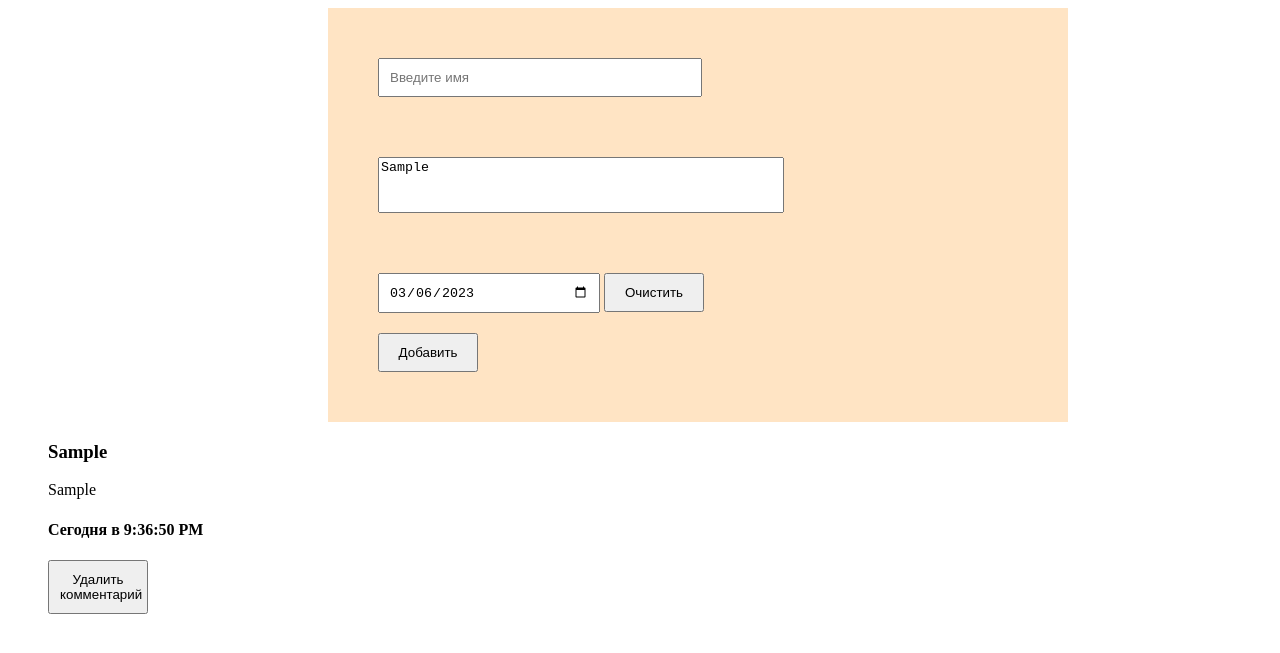
Repository: Grid-Master/commentList
Page: index.html
These files come from the project's save history. The page is drawn as it stood at one moment and after the next save; the edit follows.
The browser window is 1280 px wide. The pictures show the whole page.
Empty fields were first filled with sample values (such as "Sample", 5 or name@example.com).
After loading, the first visible `form` was submitted once.

Above is the page before, as saved 2023-03-12 20:47:55.

After the next save:
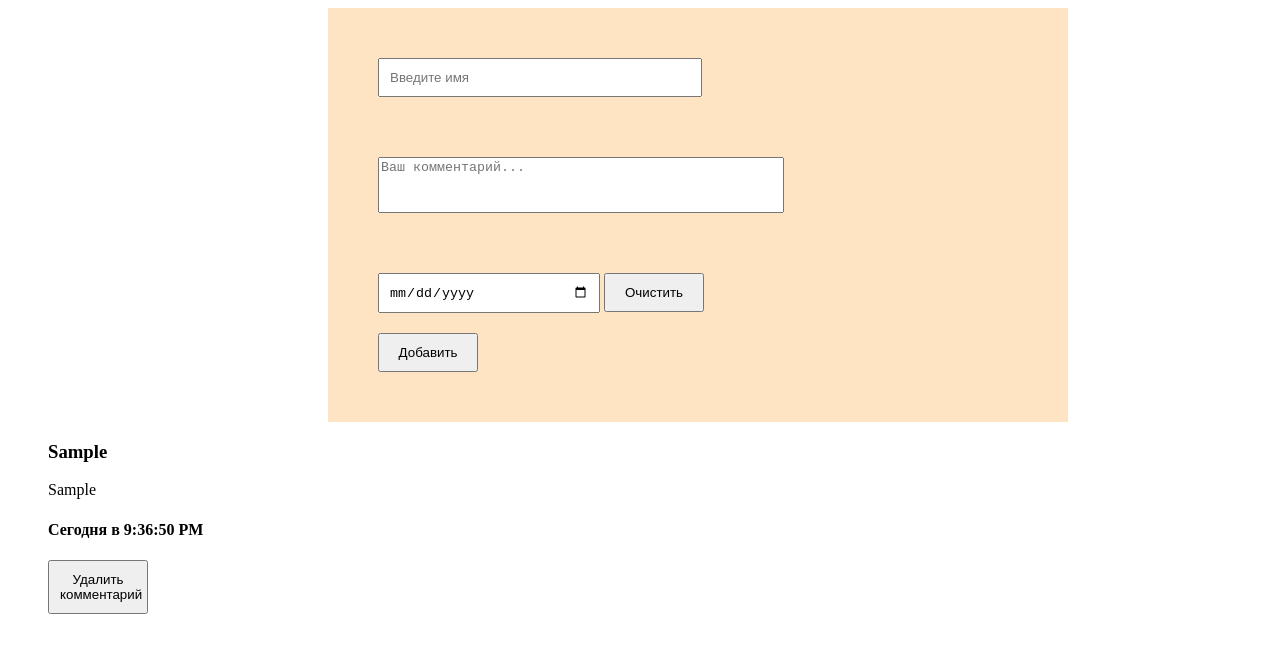
Saved 15 s later.
--- a/script.js
+++ b/script.js
@@ -47,6 +47,6 @@ function addComment() {
   list.append(container);
 
   nameInput.value = '';
-  commentInput = '';
-  dateInput = null;
+  commentInput.value = '';
+  dateInput.value = null;
 }
